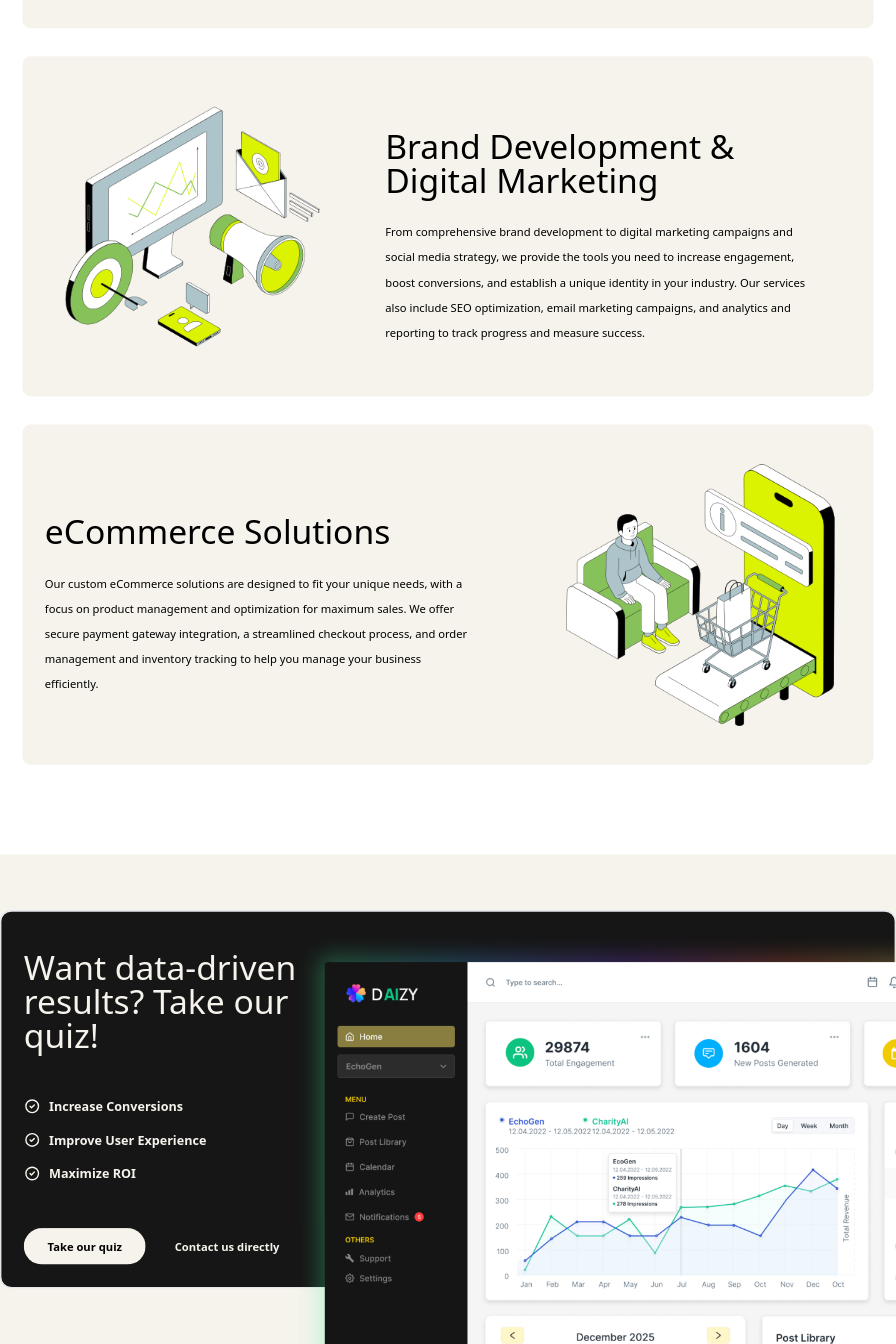
Repository: ornelasedward/mired_website
Page: /
These files come from the project's save history. The page is drawn as it stood at one moment and after the next save; the edit follows.
The browser window is 1280 px wide. The pictures show the part of the page from y = 2609 to 4529 px (the page is 4529 px tall), at 70% of full size.
The project was rebuilt for these pictures with package versions that can differ from the ones it lists, and the page was loaded fresh each time. The framework's server and built-in components were replaced by stand-ins that run in the browser. Also part of the build but not shown: next.config.js.

Above is the page before, as saved 2023-03-30 18:47:48.

### app/layout.tsx
import "./globals.css";

export const metadata = {
  title: "Mired",
  description: "Web design and development services",
};

export default function RootLayout({
  children,
}: {
  children: React.ReactNode;
}) {
  return (
    <html lang="en" className="bg-gradient-to-r from-[#F6F3EC] to-[#F5F3EB]">
      <body>{children}</body>
    </html>
  );
}

### app/page.tsx
import Header from "@/components/Header";
import Hero from "@/components/Hero";
import Services from "@/components/Services";
import CTA from "@/components/CTA";
import { Inter } from "next/font/google";
import Testimonial from "@/components/Testimonials";
import FAQ from "@/components/FAQ";
import Contact from "@/components/Contact";
import Footer from "@/components/Footer";

const inter = Inter({ subsets: ["latin"] });

export default function Home() {
  return (
    <main>
      <Hero />
      <Header />
      <Services />
      <CTA />
      {/* <Testimonial />
      <FAQ />
      <Contact />
      <Footer /> */}
    </main>
  );
}

### components/Header.tsx
export default function Header() {
  return (
    <section className="py-12 overflow-hidden sm:py-16 lg:py-20 xl:py-24">
      <div className="px-4 mx-auto max-w-7xl sm:px-6 lg:px-8">
        <div className="grid max-w-6xl grid-cols-1 mx-auto gap-y-12 lg:grid-cols-2 lg:gap-x-16 xl:gap-x-24">
          <div className="relative flex flex-col justify-between max-w-lg lg:py-12 lg:max-w-none">
            <div className="flex-1">
              <p className="text-sm font-normal tracking-widest uppercase">
                <span className="text-transparent bg-clip-text bg-gradient-to-r from-cyan-500 to-purple-500">
                  {" "}
                  Have a project in mind?{" "}
                </span>
              </p>
            </div>

            <div className="mt-6 lg:mt-auto">
              <h2 className="text-3xl font-normal text-black sm:text-4xl lg:text-5xl xl:text-6xl">
                We are dedicated to crafting websites that convert visitors into
                customers.
              </h2>
              <p className="mt-4 text-base font-normal text-black lg:max-w-xs sm:text-lg sm:mt-6">
                Sign up for a free consultation today and let our experts help
                you create a modern web design that focuses on increasing
                conversions and enhancing user experiences.
              </p>
            </div>
          </div>

          <div className="relative flex items-center justify-center">
            <div className="absolute right-1/4 transform translate-x-4 -translate-y-1/2 top-1/2 bg-gradient-to-br from-[#F7BE08] to-[#55F5A3] w-full h-full blur-2xl opacity-40" />

            <div className="relative overflow-hidden bg-white rounded-xl">
              <div className="p-6 sm:py-8 sm:px-9">
                <p className="text-xl font-normal text-black">
                  Let us know about your business & we will be in contact to
                  help you grow your business.
                </p>

                <form action="#" method="POST" className="mt-8 space-y-4">
                  <div>
                    <label for="" className="sr-only">
                      {" "}
                      Full name{" "}
                    </label>
                    <div>
                      <input
                        type="text"
                        name=""
                        id=""
                        placeholder="First & Last name"
                        className="block w-full px-5 py-4 text-base text-black placeholder-gray-500 bg-gray-200 rounded-md focus:border-black focus:ring-1 focus:ring-black"
                      />
                    </div>
                  </div>

                  <div>
                    <label for="" className="sr-only">
                      {" "}
                      Email address{" "}
                    </label>
                    <div>
                      <input
                        type="email"
                        name=""
                        id=""
                        placeholder="Email address"
                        className="block w-full px-5 py-4 text-base text-black placeholder-gray-500 bg-gray-200 rounded-md focus:border-black focus:ring-1 focus:ring-black"
                      />
                    </div>
                  </div>

                  <div>
                    <label for="" className="sr-only">
                      {" "}
                      Phone number{" "}
                    </label>
                    <div>
                      <input
                        type="tel"
                        name=""
                        id=""
                        placeholder="Phone number"
                        className="block w-full px-5 py-4 text-base text-black placeholder-gray-500 bg-gray-200 rounded-md focus:border-black focus:ring-1 focus:ring-black"
                      />
                    </div>
                  </div>

                  <div>
                    <label for="" className="sr-only">
                      {" "}
                      Message{" "}
                    </label>
                    <div>
                      <textarea
                        name=""
                        id=""
                        placeholder="Write your message"
                        rows="4"
                        className="block w-full px-5 py-4 text-base text-black placeholder-gray-500 bg-gray-200 rounded-md focus:border-black focus:ring-1 focus:ring-black"
                      ></textarea>
                    </div>
                  </div>

                  <div>
                    <div className="relative inline-flex mt-2 group">
                      <div className="absolute transition-all duration-200 rounded-[2rem] -inset-px bg-gradient-to-r from-cyan-500 to-purple-500 group-hover:shadow-lg group-hover:shadow-cyan-500/50"></div>
                      <button
                        type="button"
                        className="relative inline-flex items-center justify-center px-8 py-3 text-base font-normal text-white bg-black border border-transparent rounded-[2rem]"
                        role="button"
                      >
                        Send Message
                      </button>
                    </div>
                  </div>
                </form>
              </div>
            </div>
          </div>
        </div>
      </div>
    </section>
  );
}

### components/Services.tsx
import Image from "next/image";
import Laptop from "../images/Laptop.png";
import Ecom from "../images/Ecom.png";
import Marketing from "../images/Marketing.png";

export default function Services() {
  return (
    <div className="bg-white">
      <div className="relative px-4 mx-auto sm:px-6 lg:px-8 max-w-7xl">
        <div className="grid grid-cols-1 gap-10 lg:py-32 py-20">
          <div className="bg-gradient-to-r from-[#F6F3EC] to-[#F5F3EB] rounded-xl">
            <div className="grid md:grid-cols-5 grid-cols-1">
              <div className="col-span-3 flex items-center max-w-2xl">
                <div className="px-8 pt-8 flex flex-col lg:gap-8 gap-6 lg:max-w-2xl">
                  <h1 className="xl:text-5xl lg:text-4xl sm:text-2xl text-3xl font-normal text-black">
                    Web Design & Development
                  </h1>
                  <p className="text-md font-light lg:leading-9 md:leading-6 leading-9">
                    Our agency specializes in creating high-converting modern
                    website designs that are optimized for user experience. We
                    offer a range of services including UX research, UI
                    designing, web development, and API integrations, as well as
                    ongoing maintenance and support to ensure optimal website
                    performance on all devices.
                  </p>
                </div>
              </div>
              <div className="col-span-2">
                <Image
                  className="m-auto"
                  src={Laptop}
                  alt=""
                  width={500}
                  height={500}
                />
              </div>
            </div>
          </div>

          <div className="bg-gradient-to-r from-[#F6F3EC] to-[#F5F3EB] rounded-xl">
            <div className="grid md:grid-cols-5 grid-cols-1">
              <div className="col-span-2 md:block hidden">
                <Image
                  className="m-auto"
                  src={Marketing}
                  alt=""
                  width={500}
                  height={500}
                />
              </div>
              <div className="col-span-3 flex items-center max-w-2xl">
                <div className="px-8 pt-8 flex flex-col lg:gap-8 gap-6 lg:max-w-2xl">
                  <h1 className="xl:text-5xl lg:text-4xl sm:text-2xl text-3xl font-normal text-black">
                    Brand Development & Digital Marketing
                  </h1>
                  <p className="text-md font-light lg:leading-9 md:leading-6 leading-9">
                    From comprehensive brand development to digital marketing
                    campaigns and social media strategy, we provide the tools
                    you need to increase engagement, boost conversions, and
                    establish a unique identity in your industry. Our services
                    also include SEO optimization, email marketing campaigns,
                    and analytics and reporting to track progress and measure
                    success.
                  </p>
                </div>
              </div>
              <div className="col-span-2 md:hidden block">
                <Image
                  className="m-auto"
                  src={Marketing}
                  alt=""
                  width={500}
                  height={500}
                />
              </div>
            </div>
          </div>

          <div className="bg-gradient-to-r from-[#F6F3EC] to-[#F5F3EB] rounded-xl">
            <div className="grid md:grid-cols-5 grid-cols-1">
              <div className="col-span-3 flex items-center max-w-2xl">
                <div className="px-8 pt-8 flex flex-col lg:gap-8 gap-6 lg:max-w-2xl">
                  <h1 className="xl:text-5xl lg:text-4xl sm:text-2xl text-3xl font-normal text-black">
                    eCommerce Solutions
                  </h1>
                  <p className="text-md font-light lg:leading-9 md:leading-6 leading-9">
                    Our custom eCommerce solutions are designed to fit your
                    unique needs, with a focus on product management and
                    optimization for maximum sales. We offer secure payment
                    gateway integration, a streamlined checkout process, and
                    order management and inventory tracking to help you manage
                    your business efficiently.
                  </p>
                </div>
              </div>
              <div className="col-span-2">
                <Image
                  className="m-auto"
                  src={Ecom}
                  alt=""
                  width={500}
                  height={500}
                />
              </div>
            </div>
          </div>
        </div>
      </div>
    </div>
  );
}

### components/CTA.tsx
import Image from "next/image";
import Dashboard from "../images/dashboard.png";

export default function Component() {
  return (
    <div>
      <section className="relative py-12 overflow-hidden sm:py-16 lg:py-20">
        <div className="px-4 mx-auto max-w-7xl sm:px-6 lg:px-8 border-2 rounded-2xl bg-[#161616]">
          <div className="text-center lg:w-1/2 xl:w-2/5 lg:text-left lg:pr-8 py-8">
            <h2 className="mt-6 text-3xl font-regular text-[#F6F3EC] sm:text-4xl xl:text-5xl font-pj">
              Want data-driven results? Take our quiz!
            </h2>

            <ul className="mt-4 space-y-5 lg:mt-16">
              <li className="flex items-center justify-center text-[#F6F3EC] lg:justify-start">
                <svg
                  className="w-6 h-6"
                  xmlns="http://www.w3.org/2000/svg"
                  fill="none"
                  viewBox="0 0 24 24"
                  stroke="currentColor"
                >
                  <path
                    stroke-linecap="round"
                    stroke-linejoin="round"
                    stroke-width="2"
                    d="M9 12l2 2 4-4m6 2a9 9 0 11-18 0 9 9 0 0118 0z"
                  />
                </svg>
                <span className="ml-3 text-lg font-bold font-pj">
                  {" "}
                  Increase Conversions
                </span>
              </li>

              <li className="flex items-center justify-center text-[#F6F3EC] lg:justify-start">
                <svg
                  className="w-6 h-6"
                  xmlns="http://www.w3.org/2000/svg"
                  fill="none"
                  viewBox="0 0 24 24"
                  stroke="currentColor"
                >
                  <path
                    stroke-linecap="round"
                    stroke-linejoin="round"
                    stroke-width="2"
                    d="M9 12l2 2 4-4m6 2a9 9 0 11-18 0 9 9 0 0118 0z"
                  />
                </svg>
                <span className="ml-3 text-lg font-bold font-pj">
                  {" "}
                  Improve User Experience
                </span>
              </li>

              <li className="flex items-center justify-center text-[#F6F3EC] lg:justify-start">
                <svg
                  className="w-6 h-6"
                  xmlns="http://www.w3.org/2000/svg"
                  fill="none"
                  viewBox="0 0 24 24"
                  stroke="currentColor"
                >
                  <path
                    stroke-linecap="round"
                    stroke-linejoin="round"
                    stroke-width="2"
                    d="M9 12l2 2 4-4m6 2a9 9 0 11-18 0 9 9 0 0118 0z"
                  />
                </svg>
                <span className="ml-3 text-lg font-bold font-pj">
                  {" "}
                  Maximize ROI
                </span>
              </li>
            </ul>

            <div className="flex flex-col items-center mt-4 lg:justify-start sm:justify-center sm:flex-row lg:mt-16 sm:space-x-5">
              <a
                href="#"
                title=""
                className="
                        relative
                        inline-flex
                        items-center
                        justify-center
                        w-48
                        px-8
                        py-3
                        text-base
                        font-bold
                        text-black
                        transition-all
                        duration-200
                        bg-[#F6F3EC]
                        border-2 border-transparent
                        sm:w-auto
                        focus:outline-none focus:ring-2 focus:ring-offset-2 focus:ring-gray-900
                        font-pj
                        hover:bg-opacity-90
                        rounded-[2rem]
                    "
                role="button"
              >
                Take our quiz
              </a>

              <a
                href="#"
                title=""
                className="
                        inline-flex
                        items-center
                        justify-center
                        w-48
                        px-2
                        py-3
                        mt-5
                        text-base
                        font-bold
                        text-[#F6F3EC]
                        transition-all
                        duration-200
                        border-2 border-transparent
                        sm:w-autojustify-center sm:mt-0
                        rounded-[2rem]
                        font-pj
                        focus:outline-none focus:ring-2 focus:ring-offset-2 focus:ring-gray-900
                        focus:bg-transparent
                        hover:text-white
                        focus:text-white
                        hover:border-white
                        focus:border-gray-900
                    "
                role="button"
              >
                Contact us directly
              </a>
            </div>
          </div>
        </div>

        <div className="mt-16 translate-x-12 lg:absolute lg:bottom-0 lg:right-0 lg:translate-x-96 lg:translate-y-8 xl:translate-x-20">
          <div className="relative">
            <div className="absolute -inset-2">
              <div
                className="w-full h-full mx-auto opacity-30 blur-lg filter"
                style={{
                  background:
                    "linear-gradient(90deg, #44ff9a -0.55%, #44b0ff 22.86%, #8b44ff 48.36%, #ff6644 73.33%, #ebff70 99.34%)",
                }}
              ></div>
            </div>

            <div className="relative">
              <div className="aspect-w-16 aspect-h-12 lg:aspect-none">
                <Image
                  className="object-cover object-left-top w-full h-full lg:max-w-4xl 2xl:max-w-5xl"
                  src={Dashboard}
                  alt=""
                />
              </div>
            </div>
          </div>
        </div>
      </section>
    </div>
  );
}

Loaded but not shown: app/globals.css (common file); tailwind.config.js (common file); components/Hero.tsx (254 lines, source omitted)

After the next save:
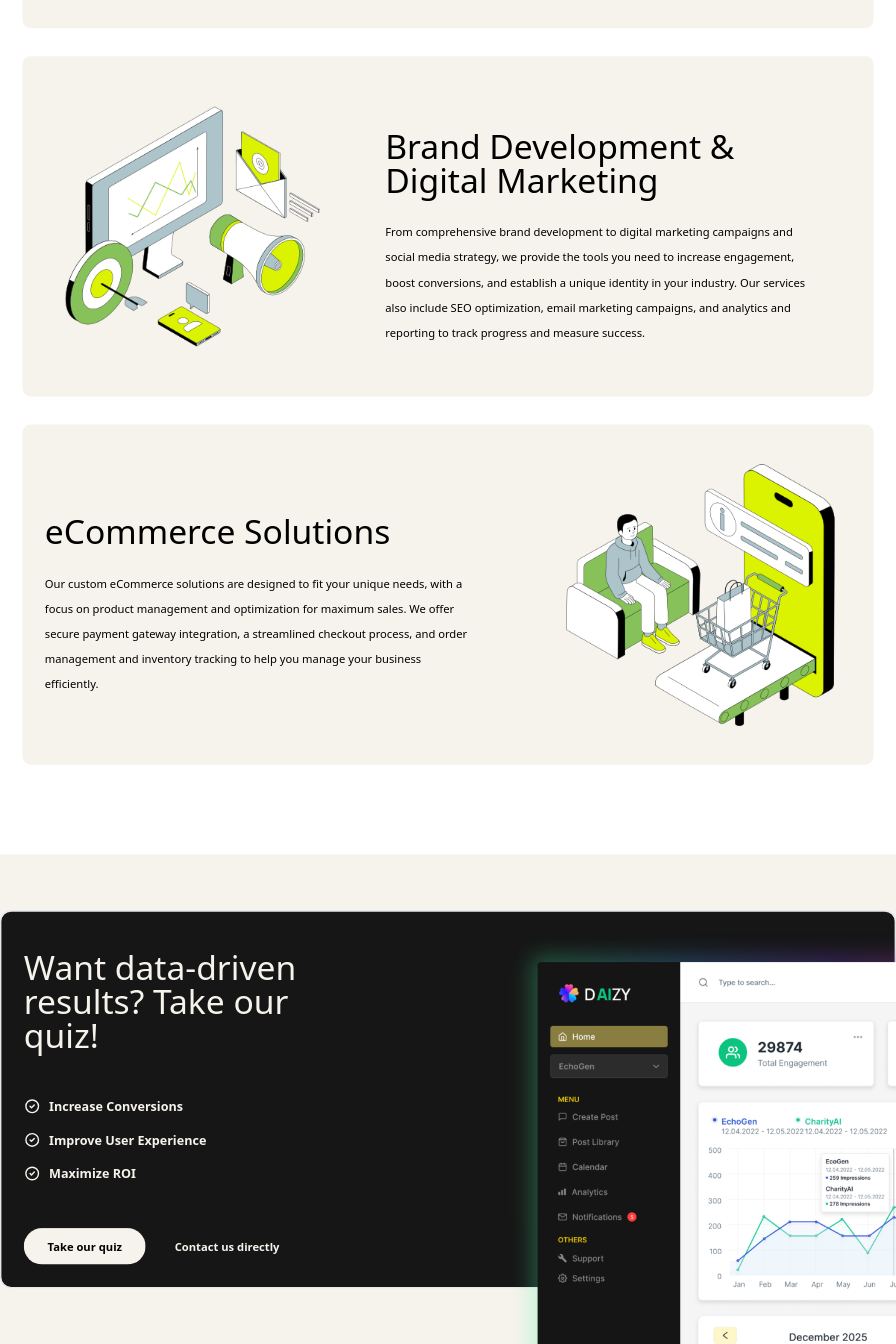
Saved 6 s later.
--- a/components/CTA.tsx
+++ b/components/CTA.tsx
@@ -141,7 +141,7 @@
           </div>
         </div>
 
-        <div className="mt-16 translate-x-12 lg:absolute lg:bottom-0 lg:right-0 lg:translate-x-96 lg:translate-y-8 xl:translate-x-20">
+        <div className="mt-16 translate-x-12 lg:absolute lg:bottom-0 lg:right-0 lg:translate-x-96 lg:translate-y-8">
           <div className="relative">
             <div className="absolute -inset-2">
               <div

After the 2 saves that followed:
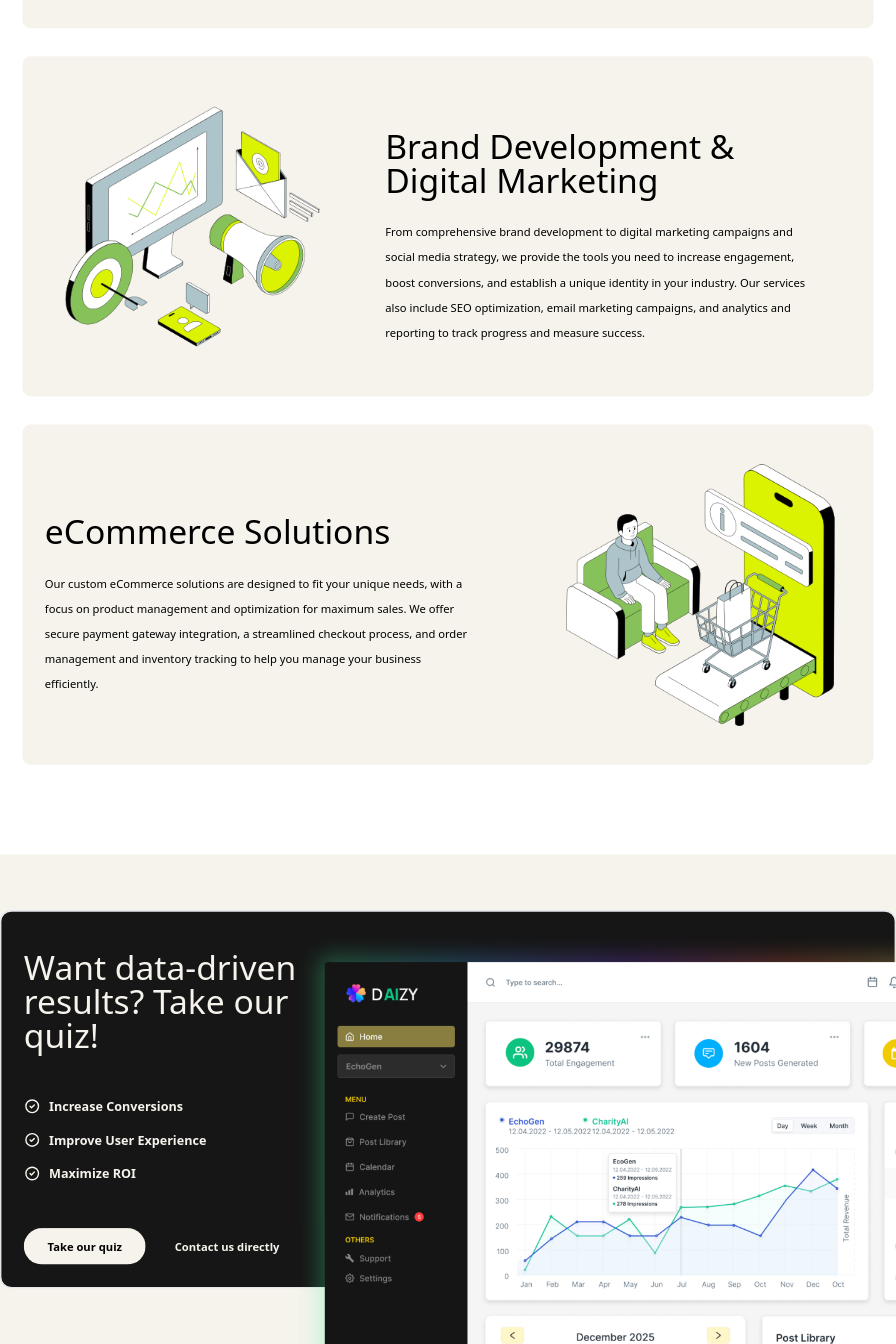
The 2 saves are shown as one change because 1 left the picture as it was.
The last was saved 12 s later.
--- a/components/CTA.tsx
+++ b/components/CTA.tsx
@@ -141,7 +141,7 @@
           </div>
         </div>
 
-        <div className="mt-16 translate-x-12 lg:absolute lg:bottom-0 lg:right-0 lg:translate-x-96 lg:translate-y-8">
+        <div className="mt-16 translate-x-12 lg:absolute lg:bottom-0 lg:right-0 lg:translate-y-8 lg:translate-x-20">
           <div className="relative">
             <div className="absolute -inset-2">
               <div
